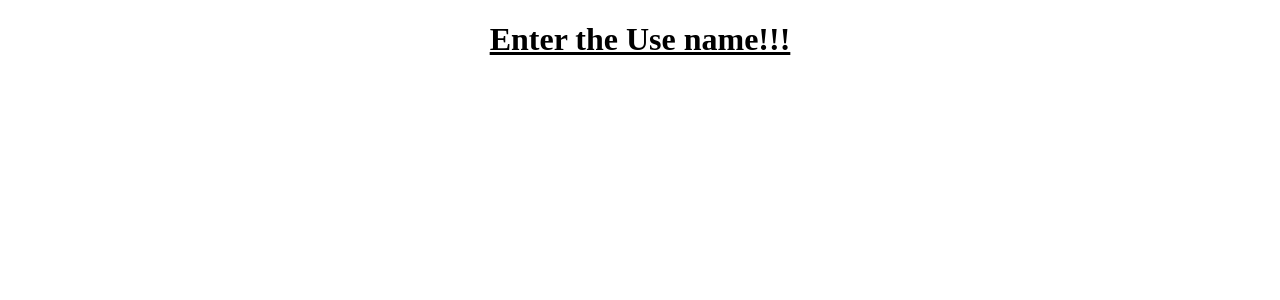
Repository: Adwait2503/Java-Codes
Page: http://localhost/springmvc/failur.jsp
The author's editor kept a copy of each file at every save. The page is drawn from the files as they stood at one save, then again after the next save.
The browser window is 1280 px wide. The pictures show the whole page.
The page is served by Tomcat 9. Other server files are loaded and not shown.

Above is the page before, as saved 2022-01-06 09:26:11.

### springmvc/src/main/webapp/failur.jsp
<%@ page language="java" contentType="text/html; charset=ISO-8859-1"
    pageEncoding="ISO-8859-1"%>
<!DOCTYPE html>
<html>
<head>
<meta charset="ISO-8859-1">
<title>Insert title here</title>
</head>
<body>
	<h1 align="center">
		<b><u>Enter the Use name!!!</u></b>
	</h1>
</body>
</html>

After the next save:
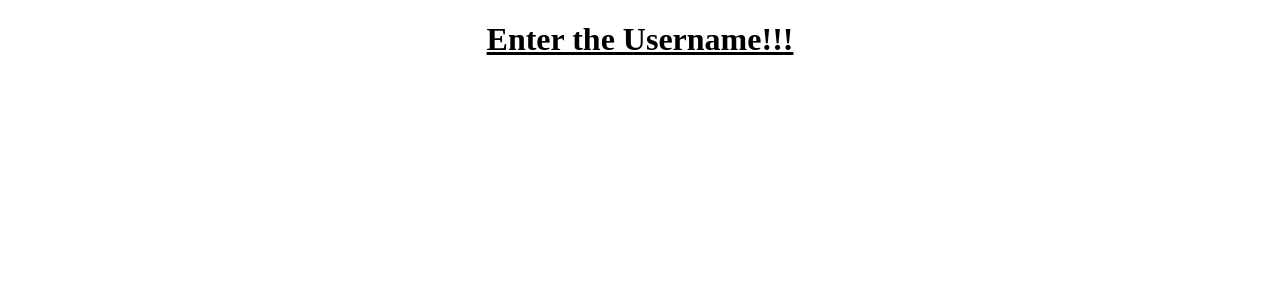
Saved 3 min 24 s later.
--- a/springmvc/src/main/webapp/failur.jsp
+++ b/springmvc/src/main/webapp/failur.jsp
@@ -8,7 +8,7 @@
 </head>
 <body>
 	<h1 align="center">
-		<b><u>Enter the Use name!!!</u></b>
+		<b><u>Enter the Username!!!</u></b>
 	</h1>
 </body>
 </html>
